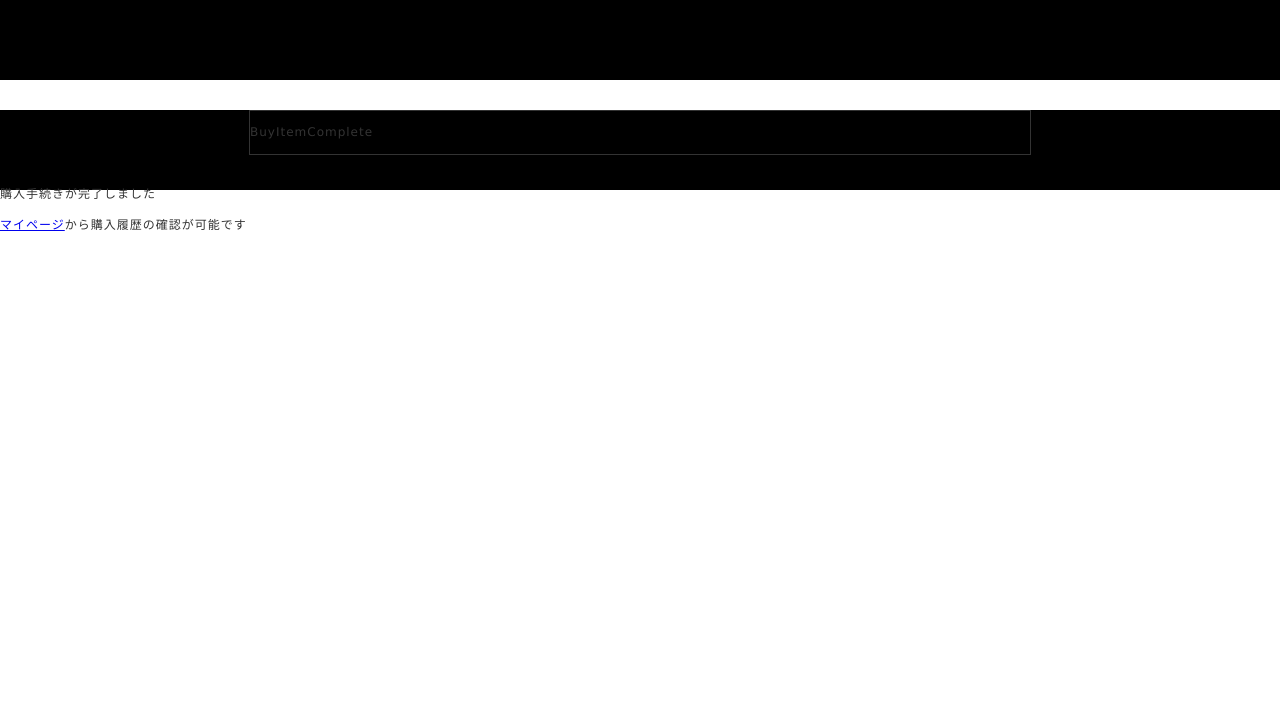
Repository: hiroki811/test
Page: http://localhost/template/buyItemComplete.jsp
These files come from the project's save history. The page is drawn as it stood at one moment and after the next save; the edit follows.
The browser window is 1280 px wide. The pictures show the whole page.
The page is served by Tomcat 9. Other server files are loaded and not shown.

Above is the page before, as saved 2018-04-20 02:51:17.

### template/WebContent/buyItemComplete.jsp
<%@ page language="java" contentType="text/html; charset=UTF-8"
    pageEncoding="UTF-8"%>
<%@ taglib prefix="s" uri="/struts-tags" %>
<!DOCTYPE html>
<html>
<head>
<meta http-equiv="Content-Type" content="text/html; charset=UTF-8">
<meta http-equiv="Content-Style-Type" content="text/css"/>
<meta http-equiv="Content-Script-Type" content="text/javascript"/>
<meta http-equiv="imagetoolbar" content ="no"/>
<meta name="description" content=""/>
<meta name="keywords" content=""/>

<title>buyItemComplete画面</title>

<style type="text/css">
/*=========================TAG LAYOUT=======================*/

body{
  margin:0;
  padding:0;
  line-height:1.6;
  letter-spacing:1px;
  font-family:Verdana,Helvetica,sans-serif;
  font-size:12px;
  color:#333;
  background:#fff;
  }

  table{
  text-align:center;
  margin:0 auto;
  }
  /*=========================ID LAYOUT===========================*/
  #top{
  width:780px;
  margin:30px auto;
  border:1px solid #333;
  }

  #header{
  width:100%;
  height:80px;
  background-color:black;
  }

  #main{
  width:100%;
  height:80px;
  background-color:black;
  clear:both;
  }
  </style>

</head>
<body>
       <div id="header">
               <div id="pr">
               </div>
       </div>
       <div id="main">
             <div id="top">
                      <p>BuyItemComplete</p>
            </div>
            <div>
                      <p>購入手続きが完了しました</p>
                      <div>
                            <a href='<s:url action="MyPageAction"/>'>
                            マイページ</a><span>から購入履歴の確認が可能です</span>
                      </div>
            </div>
      </div>
      <div id="footer">
              <div id="pr">
              </div>
     </div>


</body>
</html>

After the next save:
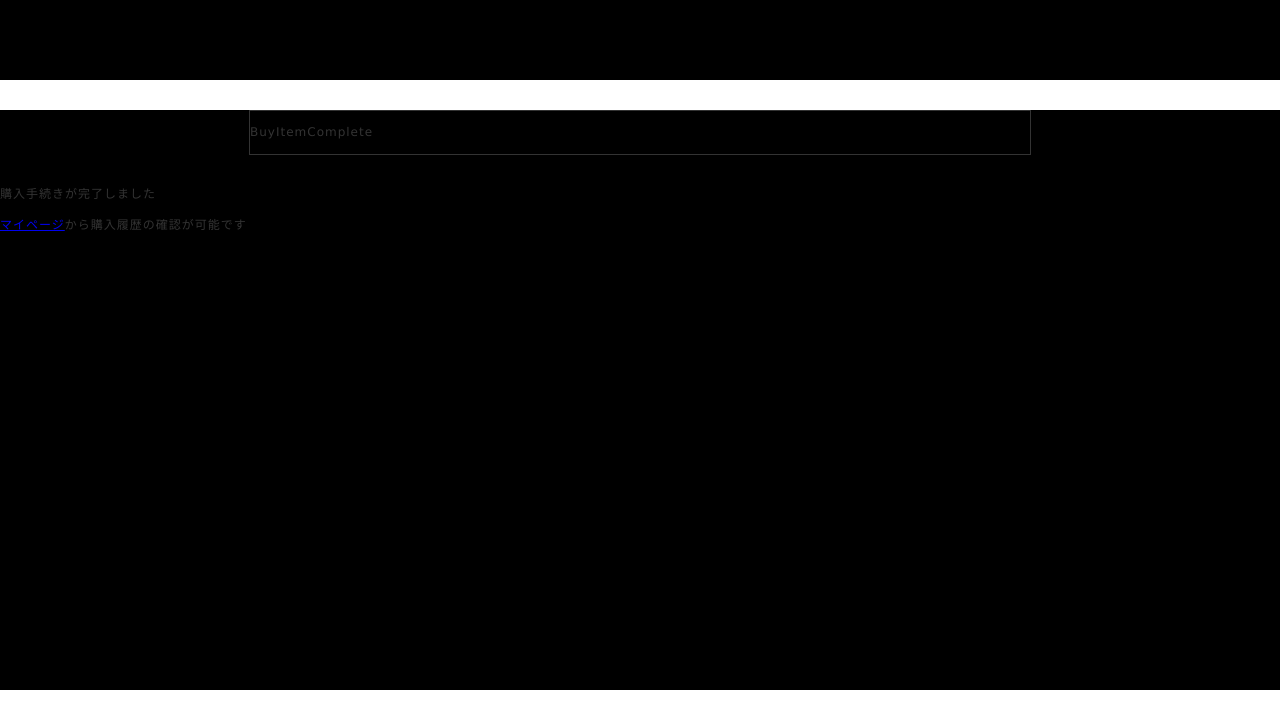
Saved 80 min 18 s later.
--- a/template/WebContent/buyItemComplete.jsp
+++ b/template/WebContent/buyItemComplete.jsp
@@ -46,6 +46,12 @@
 
   #main{
   width:100%;
+  height:500px;
+  background-color:black;
+  clear:both;
+  }
+  #footer{
+  width:100%;
   height:80px;
   background-color:black;
   clear:both;
